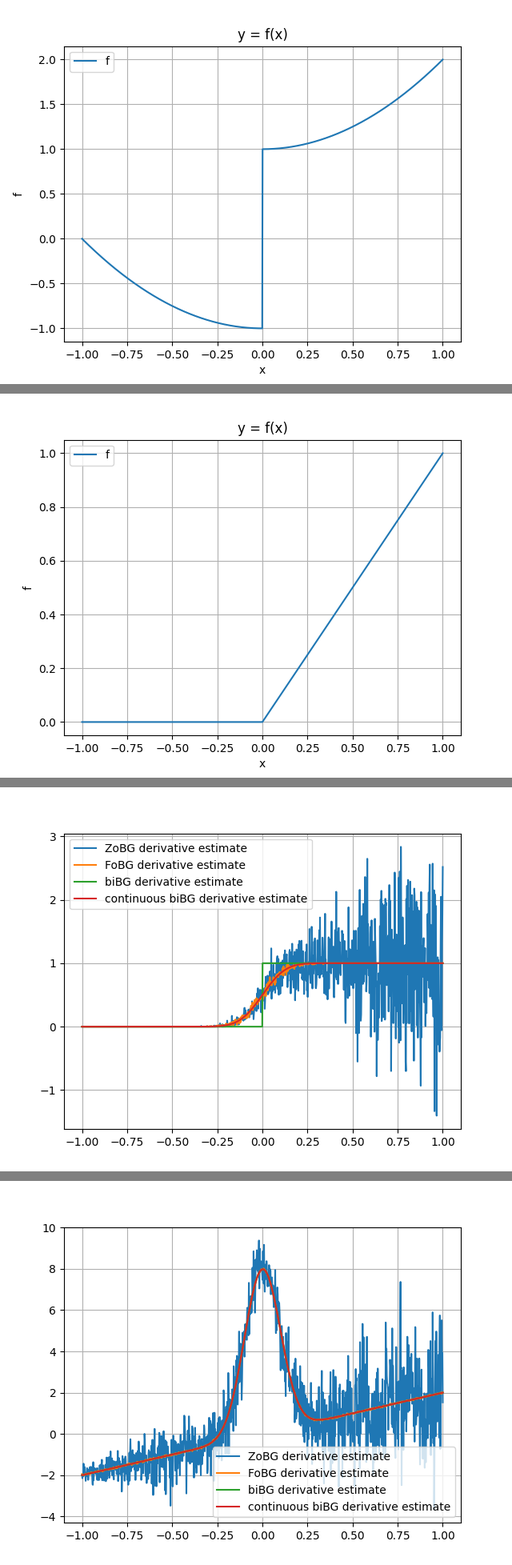
Repository: oomcth/Gradient-smoothing
Script's output: python test.py
An editor plug-in stored every save of this project. The script's output is shown before and after the next save, followed by the edit.
The pictures are shown at 80% of full size.
Each picture stacks the figures in order, with grey between them; figures that are only written to a file come last. Random numbers start from a fixed seed.

Above is the script's output before, as saved 2025-11-23 12:40:23.

After the next save:
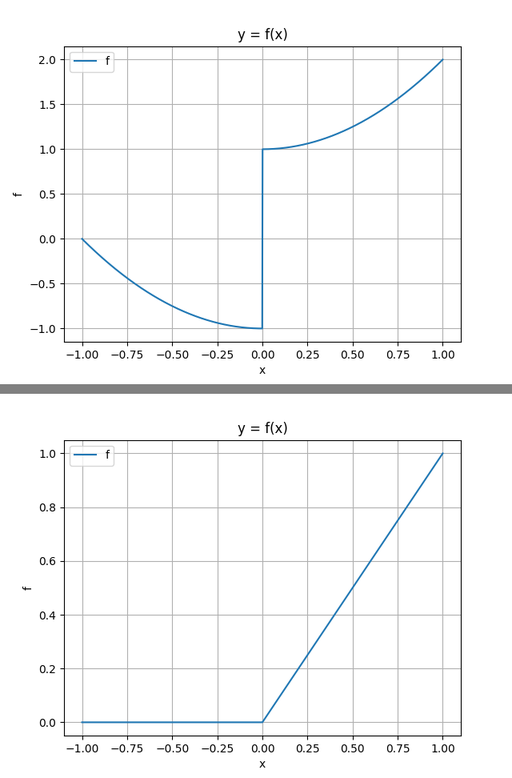
Error: NameError: name 'M' is not defined
Saved 10 s later.
--- a/test.py
+++ b/test.py
@@ -102,5 +102,5 @@ def visualize_derivatives(f, M=100):
 
 visualize(coulomb_friction)
 visualize(ReLU)
-visualize_derivatives(ReLU)
-visualize_derivatives(coulomb_friction)
+visualize_derivatives(ReLU, M)
+visualize_derivatives(coulomb_friction, M)

After the save that followed:
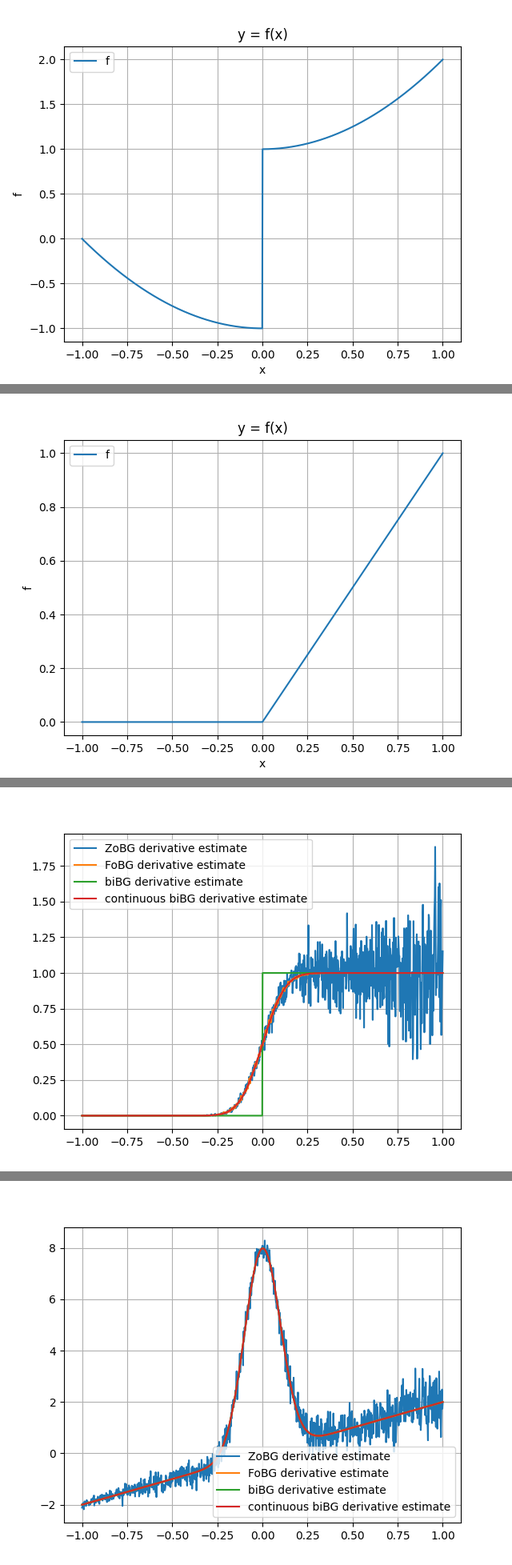
The error is gone.
Saved 5 s later.
--- a/test.py
+++ b/test.py
@@ -5,6 +5,7 @@ from scipy.stats import norm
 rng = np.random.default_rng()
 sigma = 0.1
 t = 0.1
+M = 1000
 
 
 def coulomb_friction(x):
